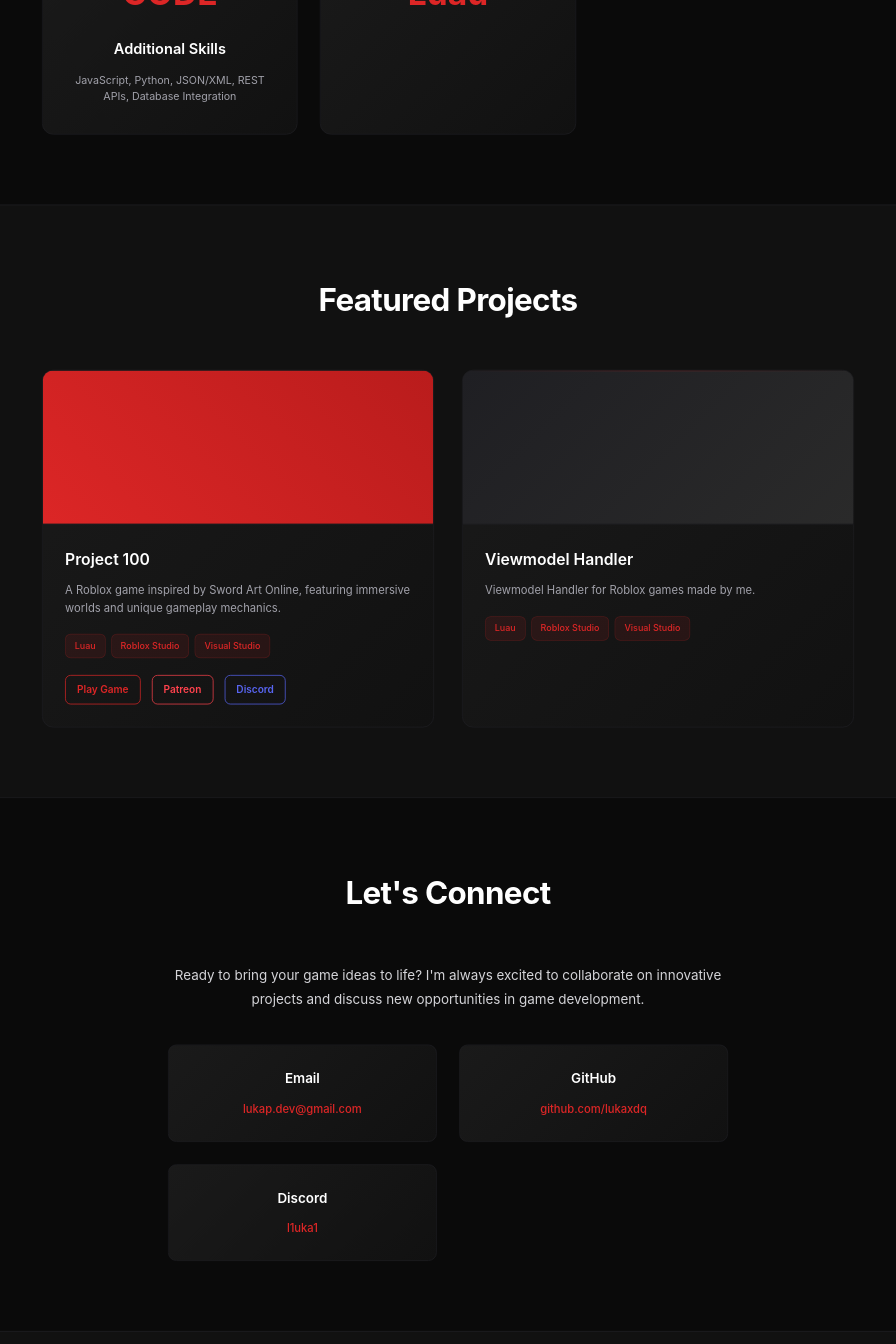
Repository: lukaxdq/lukaxdq.github.io
Page: index.html
An editor plug-in stored every save of this project. The page is shown before and after the next save, followed by the edit.
The browser window is 1280 px wide. The pictures show the part of the page from y = 2025 to 3945 px (the page is 4050 px tall), at 70% of full size.
Pictures or frames that could not be fetched are drawn as grey boxes.

Above is the page before, as saved 2025-08-14 21:22:04.

After the next save:
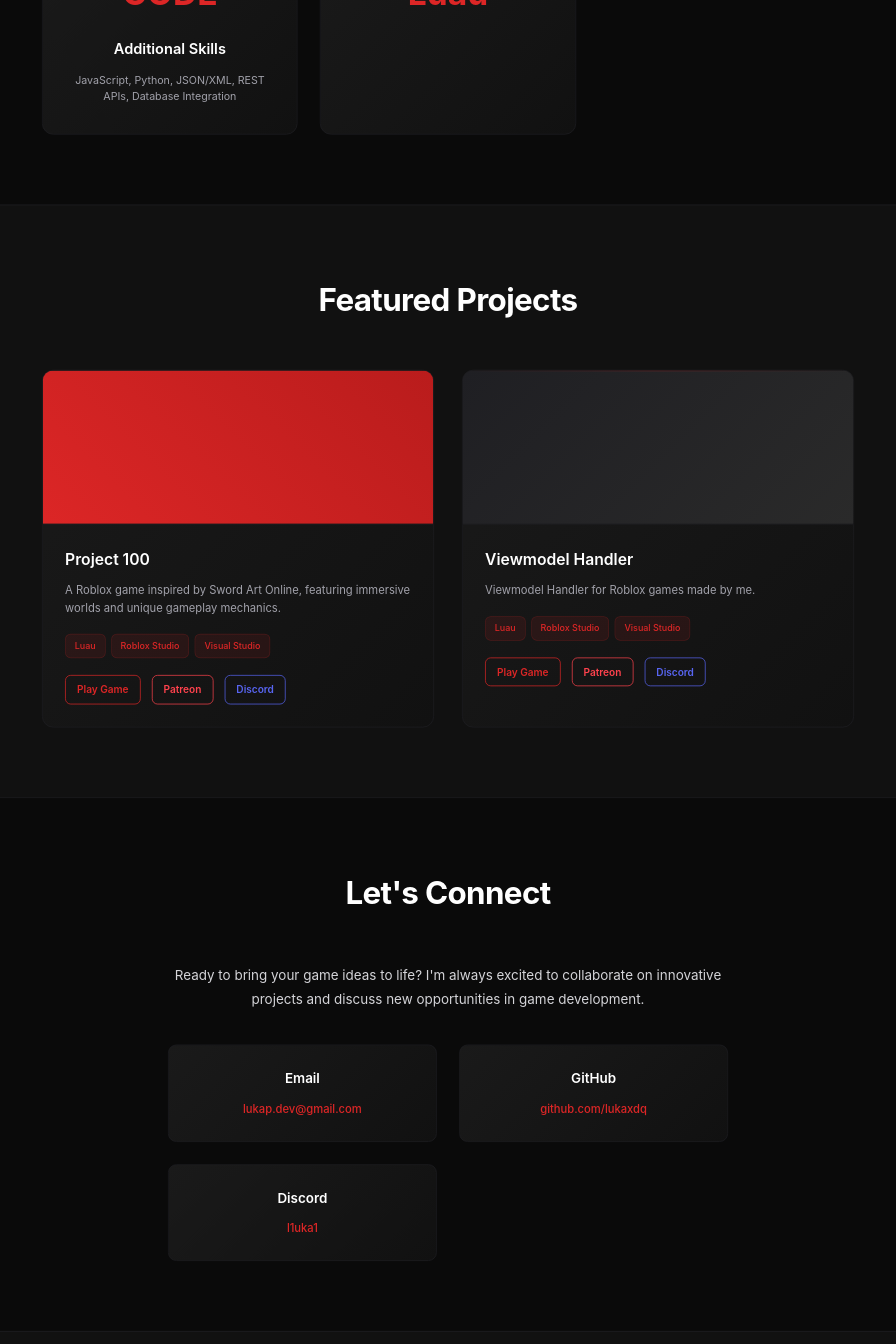
Saved 2 min 25 s later.
--- a/index.html
+++ b/index.html
@@ -804,9 +804,18 @@
                             <span class="tech-tag">Roblox Studio</span>
                             <span class="tech-tag">Visual Studio</span>
                         </div>
+                        <div class="project-links">
+                            <a href="#" class="project-link" onclick="alert('In development'); return false;">Play
+                                Game</a>
+                            <a href="https://www.patreon.com/c/Project100Official" class="project-link patreon"
+                                target="_blank">Patreon</a>
+                            <a href="https://discord.gg/VsfwHsdsN5" class="project-link discord"
+                                target="_blank">Discord</a>
+                        </div>
                     </div>
                 </div>
             </div>
+        </div>
     </section>
 
     <!-- Contact Section -->
